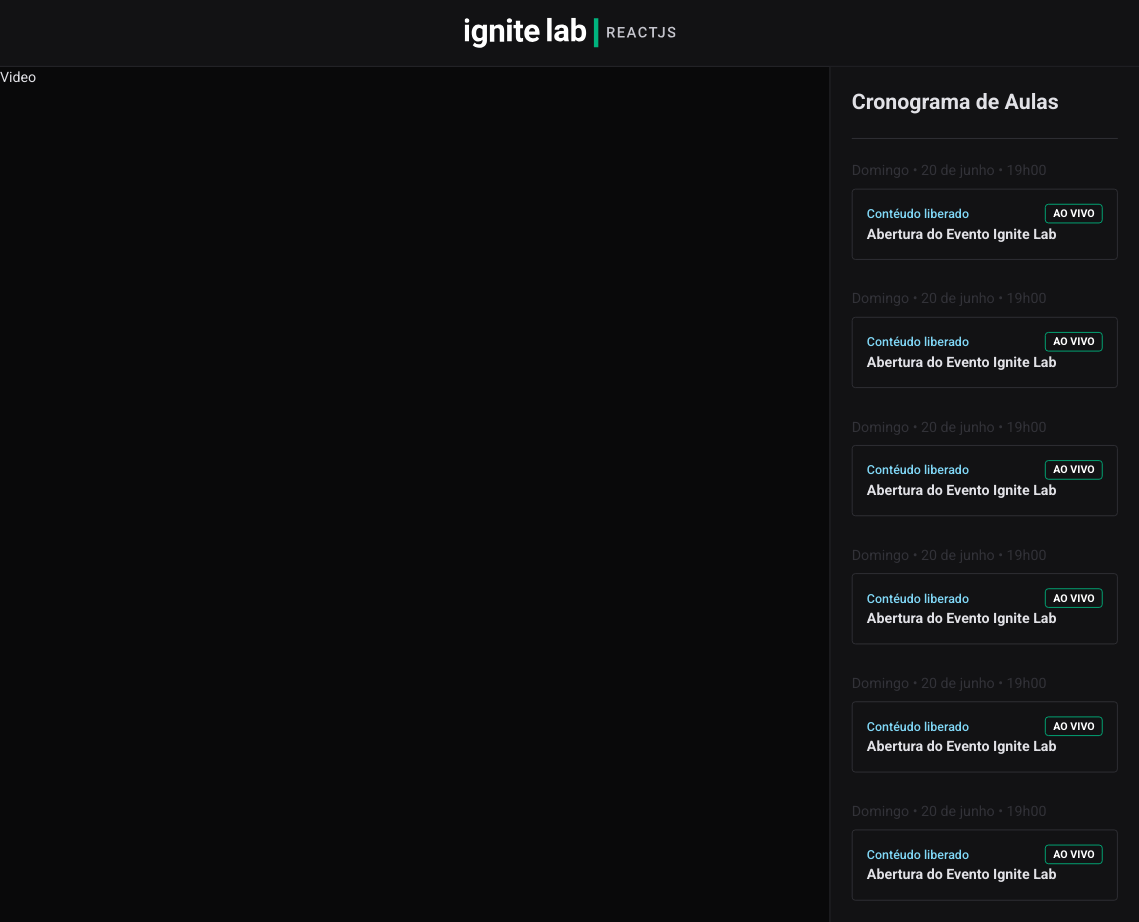
Repository: guilhermecardoso93/ignitelab
Page: /event
The author's editor kept a copy of each file at every save. The page is drawn from the files as they stood at one save, then again after the next save.
The browser window is 1280 px wide. The pictures show the whole page, at 89% of full size.
The project was rebuilt for these pictures with package versions that can differ from the ones it lists, and the page was loaded fresh each time. Also part of the build but not shown: vite.config.ts.

Above is the page before, as saved 2022-06-22 11:49:04.

### index.html
<!DOCTYPE html>
<html lang="en">
  <head>
    <meta charset="UTF-8" />
    <link rel="icon" type="image/svg+xml" href="/src/favicon.svg" />
    <link rel="preconnect" href="https://fonts.googleapis.com" />
    <link rel="preconnect" href="https://fonts.gstatic.com" crossorigin />
    <link
      href="https://fonts.googleapis.com/css2?family=Roboto:wght@400;500;700&display=swap"
      rel="stylesheet"
    />
    <meta name="viewport" content="width=device-width, initial-scale=1.0" />
    <title>Ignite Lab</title>
  </head>
  <body>
    <div id="root"></div>
    <script type="module" src="/src/main.tsx"></script>
  </body>
</html>

### src/main.tsx
import { ApolloProvider } from "@apollo/client";
import React from "react";
import ReactDOM from "react-dom/client";
import { App } from "./App";
import { client } from "./lib/apollo";

import "./styles/global.css";

ReactDOM.createRoot(document.getElementById("root")!).render(
  <React.StrictMode>
    <ApolloProvider client={client}>
      <App />
    </ApolloProvider>
  </React.StrictMode>
);

### src/App.tsx
import { Event } from "./pages/Event";

export function App() {
  return (
    <div>
      <Event />
    </div>
  );
}

### src/lib/apollo.ts
import { ApolloClient, InMemoryCache } from "@apollo/client";

export const client = new ApolloClient({
  uri: "https://api-sa-east-1.graphcms.com/v2/cl4orc0220r0201xnfce43eoi/master",
  cache: new InMemoryCache()
});

### src/pages/Event.tsx
import { Header } from "../components/Header";
import { Sidebar } from "../components/Sidebar";
import { Video } from "../components/Video";

export function Event() {
  return (
    <div className="flex flex-col min-h-screen">
      <Header />
      <main className="flex flex-1">
        <Video />
        <Sidebar />
      </main>
    </div>
  );
}

### src/components/Header/index.tsx
import { Logo } from "../Logo";

export function Header() {
  return (
    <header className='w-full py-5 flex items-center justify-center bg-gray-700 border-b border-gray-600'>
      <Logo/>
    </header>
  );
}

### src/components/Sidebar/index.tsx
import { Lesson } from "../Lesson";

export function Sidebar() {
  return (
    <aside className="w-[348px] bg-gray-700 p-6 border-l border-gray-600">
      <span className="font-bold text-2xl pb-6 mb-6 border-b border-gray-500 block">
        Cronograma de Aulas
      </span>

      <div className="flex flex-col gap-8">
        <Lesson/>
        <Lesson/>
        <Lesson/>
        <Lesson/>
        <Lesson/>
        <Lesson/>
      </div>
    </aside>
  );
}

### src/components/Video/index.tsx
export function Video() {
  return (
    <div className='flex-1'>
      <h1>Video</h1>
    </div>

  );
}

### src/components/Logo/index.tsx
export function Logo() {
  return (
    <svg
      xmlns="http://www.w3.org/2000/svg"
      width="237"
      height="34"
      fill="none"
      viewBox="0 0 237 34"
    >
      <path
        fill="#fff"
        d="M.002 3.112a2.49 2.49 0 01.165-.987c.12-.314.304-.595.535-.83A2.906 2.906 0 012.615.572c.698 0 1.374.257 1.912.723.23.24.412.524.536.837a2.701 2.701 0 010 1.979 2.568 2.568 0 01-.536.837 2.889 2.889 0 01-1.907.723 2.901 2.901 0 01-1.908-.723 2.458 2.458 0 01-.538-.84 2.645 2.645 0 01-.172-.996zm4.96 23.146H.273V7.862h4.689v18.397zM8.012 16.973c0-2.853.686-5.145 2.055-6.883a6.653 6.653 0 015.528-2.606 5.869 5.869 0 014.802 2.09l.2-1.751h4.538v17.95a7.891 7.891 0 01-1.12 4.246 7.243 7.243 0 01-3.147 2.752 11.155 11.155 0 01-4.742.94c-1.378 0-2.74-.279-4.008-.812a7.08 7.08 0 01-2.946-2.11l2.208-3.02a5.905 5.905 0 004.543 2.08 4.356 4.356 0 003.104-1.059 3.938 3.938 0 001.103-2.993v-.994a5.775 5.775 0 01-4.555 1.935 6.647 6.647 0 01-3.05-.652 6.615 6.615 0 01-2.408-1.967c-1.397-1.752-2.085-4.089-2.085-6.942v-.21h-.025l.005.006zm4.997.355a6.723 6.723 0 001.026 3.956 3.233 3.233 0 002.799 1.443c.651.045 1.3-.088 1.878-.39a3.52 3.52 0 001.396-1.305v-7.825a3.448 3.448 0 00-1.374-1.305 3.504 3.504 0 00-1.86-.39 3.28 3.28 0 00-1.61.365 3.22 3.22 0 00-1.219 1.103c-.688.975-1.036 2.418-1.036 4.348zM33.098 7.833l.158 2.196a6.527 6.527 0 012.371-1.927 6.38 6.38 0 012.971-.62c1.97 0 3.438.597 4.39 1.79.953 1.194 1.456 2.936 1.486 5.293v12.249h-4.962V14.683a3.367 3.367 0 00-.684-2.344 3.086 3.086 0 00-1.069-.598 3.008 3.008 0 00-1.211-.13 3.349 3.349 0 00-1.821.454c-.553.32-1.01.794-1.313 1.367v13.37H28.45V7.845l4.647-.012zM47.512 3.112a2.304 2.304 0 01.185-.988 2.42 2.42 0 01.59-.831A3.439 3.439 0 0150.404.57c.772 0 1.52.256 2.117.723.508.486.792 1.142.792 1.826 0 .683-.284 1.34-.792 1.826a3.417 3.417 0 01-2.11.723c-.77 0-1.517-.257-2.11-.723a2.47 2.47 0 01-.594-.839 2.342 2.342 0 01-.19-.994h-.005zm5.483 23.149h-5.18V7.86h5.18v18.4zM62.454 3.334v4.612h3.107v3.677h-3.107v9.382c-.05.53.091 1.063.395 1.495a1.824 1.824 0 001.473.45c.476.002.95-.035 1.421-.114v3.803a9.672 9.672 0 01-2.939.449c-3.398 0-5.128-1.775-5.19-5.32V11.644h-2.642V7.968h2.643V3.356h4.841v-.025l-.002.003zM76.487 27.08a9.277 9.277 0 01-6.759-2.55c-1.74-1.699-2.605-3.957-2.605-6.797v-.494a11.295 11.295 0 011.098-5.08 8.141 8.141 0 013.111-3.465 8.72 8.72 0 014.59-1.22c2.577 0 4.62.815 6.098 2.449 1.478 1.633 2.226 3.94 2.226 6.929v2.055h-12.01a4.665 4.665 0 001.473 2.971 4.487 4.487 0 003.111 1.111 5.426 5.426 0 004.548-2.115l2.476 2.781a7.506 7.506 0 01-3.07 2.507 9.81 9.81 0 01-4.287.916v.002zm-.594-15.514a3.127 3.127 0 00-2.428 1.012 5.405 5.405 0 00-1.188 2.912h7.006v-.405a3.749 3.749 0 00-.908-2.608 3.252 3.252 0 00-2.45-.908h-.03l-.002-.003zM97.771 26.259h-4.957V0h4.957V26.26zM112.209 26.259c-.227-.444-.392-.997-.496-1.659-1.196 1.333-2.751 2.002-4.666 2.002-1.811 0-3.314-.523-4.504-1.572-1.191-1.049-1.786-2.372-1.786-3.966 0-1.96.725-3.464 2.179-4.513 1.453-1.049 3.553-1.58 6.3-1.59h2.273v-1.06c0-.854-.22-1.54-.659-2.051-.44-.513-1.131-.77-2.078-.77-.832 0-1.486.2-1.957.6-.474.4-.708.945-.708 1.64h-4.941c0-1.07.331-2.062.992-2.973.662-.91 1.597-1.626 2.804-2.144 1.206-.518 2.564-.778 4.069-.778 2.28 0 4.089.573 5.429 1.718 1.34 1.145 2.009 2.756 2.009 4.83v8.017c.012 1.754.256 3.082.735 3.983v.29h-4.992l-.003-.004zm-4.086-3.435c.728 0 1.402-.163 2.016-.486.614-.326 1.071-.76 1.367-1.308v-3.181h-1.846c-2.472 0-3.79.854-3.948 2.564l-.017.291c0 .614.217 1.123.649 1.523.434.4 1.026.6 1.779.6v-.003zM136.58 17.183c0 2.963-.632 5.273-1.898 6.931-1.265 1.659-3.032 2.488-5.3 2.488-2.006 0-3.608-.77-4.805-2.308l-.222 1.967h-4.444V.001h4.94v9.418c1.14-1.332 2.638-2 4.496-2 2.256 0 4.025.828 5.308 2.487 1.283 1.658 1.923 3.992 1.923 7v.274l.002.003zm-4.94-.358c0-1.868-.296-3.233-.889-4.094-.592-.861-1.475-1.29-2.65-1.29-1.572 0-2.655.643-3.247 1.932v7.299c.604 1.298 1.697 1.95 3.282 1.95 1.584 0 2.643-.788 3.146-2.36.239-.752.358-1.897.358-3.437z"
      ></path>
      <path
        fill="#C4C4CC"
        d="M164.51 17.501h-2.283v4.53h-2.048v-11.78h4.143c1.36 0 2.408.306 3.149.915.74.61 1.108 1.493 1.108 2.648 0 .787-.19 1.449-.57 1.98-.38.532-.911.94-1.59 1.226l2.646 4.906v.106h-2.194l-2.364-4.531h.003zm-2.283-1.65h2.105c.691 0 1.229-.176 1.619-.524.39-.348.582-.824.582-1.429 0-.604-.18-1.12-.538-1.466-.358-.345-.893-.523-1.606-.533h-2.162V15.85zM179.066 16.773h-4.839v3.625h5.656v1.634h-7.704V10.25h7.648v1.65h-5.6v3.253h4.839v1.62zM189.803 19.29h-4.565l-.955 2.744h-2.127l4.452-11.783h1.836l4.459 11.783h-2.137l-.963-2.744zm-3.99-1.65h3.415l-1.707-4.89-1.708 4.89zM204.716 18.197c-.119 1.256-.583 2.238-1.392 2.941-.81.703-1.885 1.056-3.228 1.056-.938 0-1.764-.222-2.48-.668-.715-.445-1.266-1.079-1.656-1.898-.387-.82-.589-1.772-.607-2.858v-1.1c0-1.11.198-2.09.59-2.937.392-.846.96-1.5 1.695-1.96.736-.458 1.587-.688 2.554-.688 1.301 0 2.347.353 3.139 1.057.792.703 1.254 1.7 1.385 2.99h-2.039c-.096-.846-.343-1.458-.74-1.833-.397-.375-.977-.563-1.745-.563-.89 0-1.574.326-2.05.977-.479.652-.721 1.605-.733 2.863v1.044c0 1.273.227 2.245.683 2.917.457.668 1.123 1.004 2.004 1.004.805 0 1.409-.18 1.814-.543.405-.363.661-.962.77-1.804h2.038l-.002.003zM216.481 11.902h-3.674v10.132h-2.031V11.902h-3.642V10.25h9.347v1.65zM222.759 10.251h2.039v8.262c0 1.127-.353 2.023-1.057 2.687-.703.664-1.633.995-2.788.995-1.229 0-2.179-.311-2.848-.93-.669-.62-1.004-1.484-1.004-2.59h2.038c0 .627.156 1.096.467 1.412.31.316.76.474 1.347.474.55 0 .989-.183 1.315-.545.326-.366.489-.867.489-1.51V10.25h.002zM234.952 18.999c0-.518-.183-.918-.545-1.197-.363-.279-1.022-.563-1.972-.849-.95-.286-1.705-.604-2.265-.955-1.074-.674-1.612-1.555-1.612-2.638 0-.95.388-1.732 1.163-2.347.774-.614 1.779-.922 3.015-.922.819 0 1.55.15 2.194.454a3.597 3.597 0 011.513 1.29c.367.558.55 1.177.55 1.858h-2.038c0-.614-.193-1.095-.578-1.443-.385-.348-.938-.524-1.656-.524-.668 0-1.189.144-1.557.43-.37.286-.555.686-.555 1.197 0 .432.2.792.6 1.08.399.29 1.056.57 1.974.842.918.271 1.653.582 2.208.93.556.348.963.748 1.222 1.197.259.452.387.977.387 1.582 0 .982-.375 1.762-1.127 2.342-.753.58-1.775.87-3.063.87a5.755 5.755 0 01-2.352-.473c-.715-.316-1.27-.75-1.668-1.308-.397-.555-.594-1.204-.594-1.942h2.048c0 .669.222 1.187.664 1.555.441.367 1.075.55 1.902.55.713 0 1.246-.143 1.607-.432.357-.288.538-.671.538-1.145l-.003-.002z"
      ></path>
      <path fill="#00B37E" d="M150.271 33.146h-4.958V.57h4.958v32.576z"></path>
    </svg>
  );
}

### src/components/Lesson/index.tsx
export function Lesson() {
  return (
    <a href="#">
      <span className="text-gray-500">Domingo • 20 de junho • 19h00</span>

      <div className="rounded border border-gray-500 p-4 mt-2">
        <header className="flex items-center justify-between">
          <span className="text-sm text-blue-500 font-medium">
            Contéudo liberado{" "}
          </span>
          <span className='text-xs rounded px-2 py-[0.125rem] text-white border border-green-300 font-bold'>
            AO VIVO
          </span>
        </header>
        <strong>Abertura do Evento Ignite Lab</strong>
      </div>
    </a>
  );
}

### tailwind.config.js
/** @type {import('tailwindcss').Config} */
module.exports = {
  content: ["./src/**/*.tsx"],
  theme: {
    extend: {
      fontFamily: {
        sans: "Roboto, sans-serif"
      },
      colors: {
        green: {
          300: "#00B37E",
          500: "#00875F",
          700: "#015F43"
        },
        blue: {
          500: "#81D8F7"
        },
        orange: {
          500: "#FBA94C"
        },
        red: {
          500: "#F75A68"
        },
        gray: {
          100: "#E1E1E6",
          200: "#C4C4CC",
          300: "#8D8D99",
          500: "#323238",
          600: "#29292E",
          700: "#121214",
          900: "#09090A"
        }
      }
    }
  },
  plugins: []
};

Loaded but not shown: src/styles/global.css (common file)

After the next save:
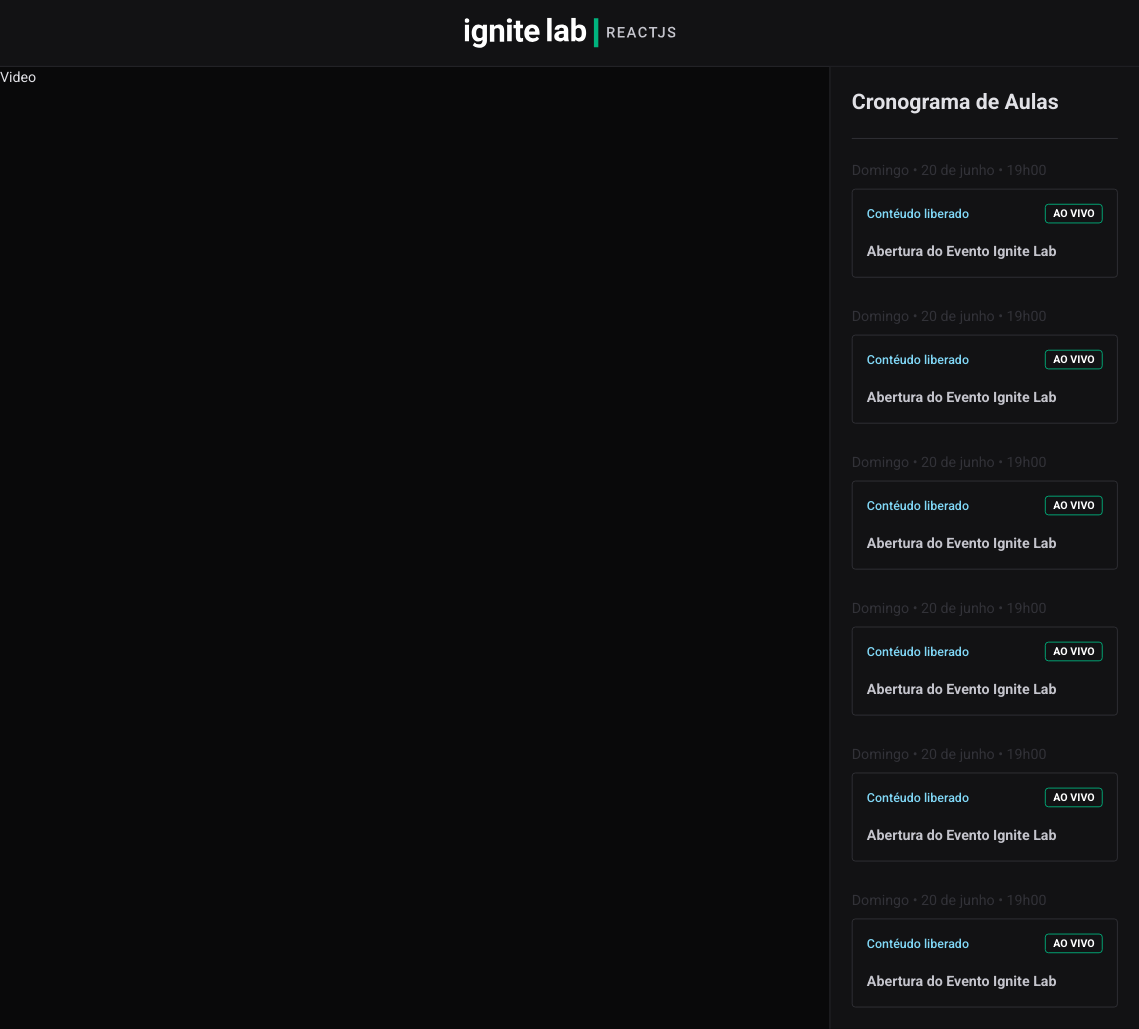
Saved 51 s later.
--- a/src/components/Lesson/index.tsx
+++ b/src/components/Lesson/index.tsx
@@ -12,7 +12,7 @@
             AO VIVO
           </span>
         </header>
-        <strong>Abertura do Evento Ignite Lab</strong>
+        <strong className='mt-5 text-gray-200 block'>Abertura do Evento Ignite Lab</strong>
       </div>
     </a>
   );
